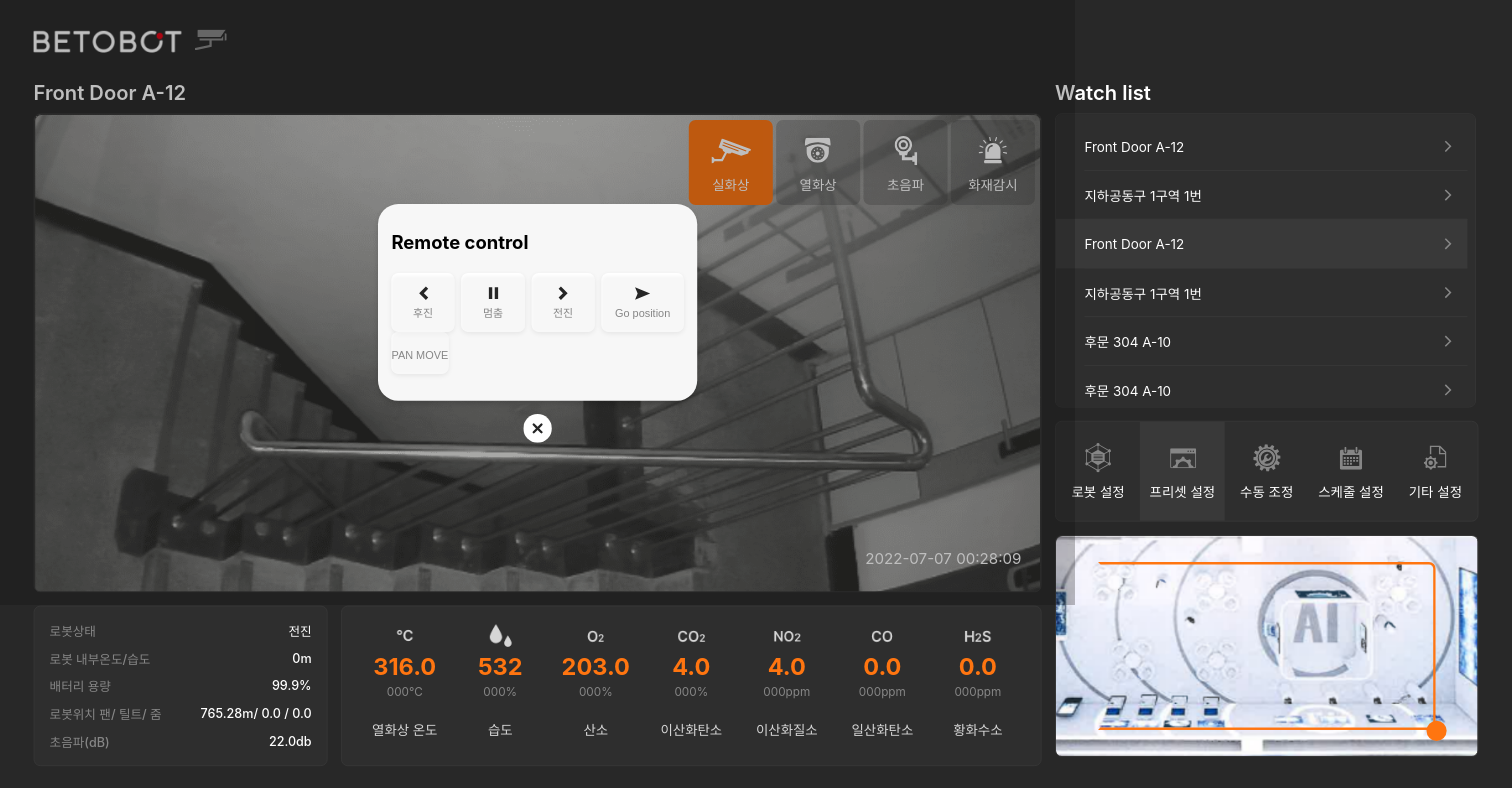
Repository: jang0ha/betobot
Page: content/main/main.html
An editor plug-in stored every save of this project. The page is shown before and after the next save, followed by the edit.
The browser window is 1280 px wide. The page is 1800 px wide, so the pictures cover 1800 px, including what lies to the right of the window. The pictures show the whole page, at 84% of full size.
Some web fonts or font styles are not loaded; a fallback is used. The style sheet was rebuilt from its Sass, Less or Tailwind sources for each picture, by a compiler version that may differ from the author's.

Above is the page before, as saved 2022-07-20 14:59:37.

### content/main/main.html
<!DOCTYPE html>
<html lang="en">

<head>
    <meta charset="UTF-8">
    <meta http-equiv="X-UA-Compatible" content="IE=edge">
    <!-- <meta name="viewport" content="width=device-width, initial-scale=1.0">
    <meta name="viewport" content="width=device-width, user-scalable=no, initial-scale=1.0"> -->
    <meta name="format-detection" content="telephone=no">
    <title>BETOBOT</title>

    <!-- 스타일 css -->
    <link rel="stylesheet" href="/resources/css/style.css">



    <!-- 제이쿼리 js -->
    <script src="/resources/js/jquery/jquery.min.js"></script>
    <script src="/resources/lib/jquery-ui/jquery-ui.min.js"></script>

    <!-- gsap -->
    <script src="/resources/lib/gsap/gsap.min.js"></script>
</head>
<body id="main">
    <div id="wrap">
        <!-- 헤더 -->
        <div id="header-block">
            <header>
                <div class="container">
                    <div class="header-wrap">
                        <a href="#none" class="logo-wrap">
                            <img src="../../resources/images/icon-logo.png" alt="BETOBOT 로고 이미지" class="logo">
                            <img src="../../resources/images/icon-camera.svg" alt="로고 카메라 이미지" class="logo-camera">
                        </a>
                    </div>
                </div>
            </header>
        </div>

        <!-- 컨텐츠 -->
        <div id="content-block">
            <main id="content" role="main">
                <div class="container">
                    <div class="row-wrap">
                        <!-- 왼쪽 시작-->
                        <div class="left-container">
                            <div class="title">Front Door A-12</div>
                            <div class="row-wrap">
                                <div class="front-list-wrap card" style="background-image:url('../../resources/images/@sample-front-img.png')">
                                    <div class="front-btn-wrap">
                                        <ul>
                                            <li>
                                                <a href="javascript:;"  class="active">
                                                    <i class="icon-front-camera"></i>
                                                    <p>실화상</p>
                                                </a>
                                            </li>
                                            <li>
                                                <a href="javascript:;" >
                                                    <i class="icon-front-temper"></i>
                                                    <p>열화상</p>
                                                </a>
                                            </li>
                                            <li>
                                                <a href="javascript:;">
                                                    <i class="icon-front-wave"></i>
                                                    <p>초음파</p>
                                                </a>
                                            </li>
                                            <li>
                                                <a href="javascript:;">
                                                    <i class="icon-front-fire"></i>
                                                    <p>화재감시</p>
                                                </a>
                                            </li>
                                        </ul>
                                    </div>

                                    <div class="front-date-wrap">
                                        2022-07-07 00:28:09
                                    </div>
                                </div>

                                <div class="row-wrap">
                                    <div class="robot-information-wrap card">
                                        <ul>
                                            <li>
                                                <span class="index">로봇상태</span>
                                                <span class="index-information">전진</span>
                                            </li>
                                            <li>
                                                <span class="index">로봇 내부온도/습도</span>
                                                <span class="index-information">0m</span>
                                            </li>
                                            <li>
                                                <span class="index">배터리 용량</span>
                                                <span class="index-information">99.9%</span>
                                            </li>
                                            <li>
                                                <span class="index">로봇위치 팬/ 틸트/ 줌</span>
                                                <span class="index-information">765.28m/ 0.0 / 0.0</span>
                                            </li>
                                            <li>
                                                <span class="index">초음파(dB)</span>
                                                <span class="index-information">22.0db</span>
                                            </li>
                                        </ul>
                                    </div>
                                    <div class="sensor-information-wrap card">
                                        <ul>
                                            <li>
                                                <i class="icon-info-temper"></i>
                                                <strong>316.0</strong>
                                                <small>000℃</small>
                                                <p class="name">열화상 온도</p>
                                            </li>
                                            <li>
                                                <i class="icon-info-humidity"></i>
                                                <strong>532</strong>
                                                <small>000%</small>
                                                <p class="name">습도</p>
                                            </li>
                                            <li>
                                                <i class="icon-info-o2"></i>
                                                <strong>203.0</strong>
                                                <small>000%</small>
                                                <p class="name">산소</p>
                                            </li>
                                            <li>
                                                <i class="icon-info-co2"></i>
                                                <strong>4.0</strong>
                                                <small>000%</small>
                                                <p class="name">이산화탄소</p>
                                            </li>
                                            <li>
                                                <i class="icon-info-no2"></i>
                                                <strong>4.0</strong>
                                                <small>000ppm</small>
                                                <p class="name">이산화질소</p>
                                            </li>
                                            <li>
                                                <i class="icon-info-co"></i>
                                                <strong>0.0</strong>
                                                <small>000ppm</small>
                                                <p class="name">일산화탄소</p>
                                            </li>
                                            <li>
                                                <i class="icon-info-h2s"></i>
                                                <strong>0.0</strong>
                                                <small>000ppm</small>
                                                <p class="name">황화수소</p>
                                            </li>
                                        </ul>
                                    </div>
                                </div>
                            </div>
                        </div>
                        <!-- 왼쪽 끝 -->

                        <!-- 오른쪽 시작  -->
                        <div class="right-container">
                            <div class="title">Watch list</div>
                            <div class="row-wrap">
                                <div class="watch-list-wrap card">
                                    <ul>
                                        <li><a href="javascript:;" ><div><span>Front Door A-12</span><i class="icon-arrow-right"></i></div></a></li>
                                        <li><a href="javascript:;" ><div><span>지하공동구 1구역 1번</span><i class="icon-arrow-right"></i></div></a></li>
                                        <li><a href="javascript:;" class="active"><div><span>Front Door A-12</span><i class="icon-arrow-right"></i></div></a></li>
                                        <li><a href="javascript:;" ><div><span>지하공동구 1구역 1번</span><i class="icon-arrow-right"></i></div></a></li>
                                        <li><a href="javascript:;" ><div><span>후문 304 A-10</span><i class="icon-arrow-right"></i></div></a></li>
                                        <li><a href="javascript:;" ><div><span>후문 304 A-10</span><i class="icon-arrow-right"></i></div></a></li>
                                    </ul>
                                </div>
                                <div class="watch-list-btn-wrap card">
                                    <ul>
                                        <li>
                                            <a href="javascript:;" >
                                                <i class="icon-menu-robot"></i>
                                                <p>로봇 설정</p>
                                            </a>
                                        </li>
                                        <li>
                                            <a href="javascript:;" class="active">
                                                <i class="icon-menu-preset"></i>
                                                <p>프리셋 설정</p>
                                            </a>
                                        </li>
                                        <li>
                                            <a href="javascript:;" >
                                                <i class="icon-menu-handwork"></i>
                                                <p>수동 조정</p>
                                            </a>
                                        </li>
                                        <li>
                                            <a href="javascript:;" >
                                                <i class="icon-menu-schedule"></i>
                                                <p>스케줄 설정</p>
                                            </a>
                                        </li>
                                        <li>
                                            <a href="javascript:;" >
                                                <i class="icon-menu-etc"></i>
                                                <p>기타 설정</p>
                                            </a>
                                        </li>
                                    </ul>
                                </div>
                                <div class="watch-map card" style="background-image: url('../../resources/images/@floor-plan.png');">
                                    <div class="line">
                                        <div class="robot"></div>
                                    </div>
                                </div>
                                <!-- <div class="m-5">
                                    <div class="mb-3 p-2 border d-inline"><button type="button" id="play"> 재생 </button></div>
                                    <div class="mb-3 p-2 border d-inline"><button type="button" id="pause"> 정지 </button></div>
                                    <input type="text" value="" placeholder="left(%)" id="leftVal">
                                    <input type="text" value="" placeholder="top(%)" id="topVal">
                                    <button type="button" onclick="moveRobot()"> 이동 </button>
                                </div>
                             -->
                            </div>
                        </div>
                        <!-- 오른쪽 끝 -->
                    </div>
                </div>
            </main>
        </div>
    </div>


    <!-- 팝업  수동 조절 시작 -->
    <div class="popup show">
        <div class="popup-content">
            <div class="popup-header">Remote control</div>
            <div class="popup-body">
                <div class="remote-direction-wrap">
                    <button type="button" class="remote-btn">
                            <i class="icon-remote-backup"></i>
                            <p>후진</p>
                    </button>
                    <button type="button" class="remote-btn">
                        <i class="icon-remote-pause"></i>
                        <p>멈춤</p>
                    </button>
                    <button type="button" class="remote-btn">
                        <i class="icon-remote-forward"></i>
                        <p>전진</p>
                    </button>
                    <button type="button" class="remote-btn position">
                        <i class="icon-remote-go-position"></i>
                        <p>Go position</p>
                    </button>
                </div>

                <div class="remote-ptz-wrap">
                    <button type="button" class="remote-btn position">
                        <p>PAN MOVE</p>
                    </button>
                </div>
            </div>
            <div class="close-btn">
                <i class="icon-popup-close"></i>
            </div>
        </div>

    </div>
    <!-- 팝업  수동 조절 끝 -->

    <script>
     $(document).ready(function () {
             // 자동으로 돔
             var tl_1 = new TimelineLite({
                repeat: -1,
            })
            tl_1.to('.robot', 3, {
                ease: Power0.easeNone,
                left: 98 + '%'
            })
            tl_1.to('.robot', 2, {
                ease: Power0.easeNone,
                top: 96 + '%'
            })
            tl_1.to('.robot', 3, {
                ease: Power0.easeNone,
                left: -2.3 + '%'
            })
            tl_1.to('.robot', 3, {
                ease: Power0.easeNone,
                left: 98 + '%'
            })
            tl_1.to('.robot', 2, {
                ease: Power0.easeNone,
                top: -5 + '%'
            })
            tl_1.to('.robot', 3, {
                ease: Power0.easeNone,
                left: -2.3 + '%'
            })
            // 재생
            var animationPlay = $('#play');
            animationPlay.on('click', function () {
                tl_1.play();
            })
            // 정지
            var animationPause = $('#pause');
            animationPause.on('click', function () {
                tl_1.pause();
            })


        })

        // 버튼 효과
        $(".watch-list-wrap li a").on("click", function(){
            $(".watch-list-wrap li a").removeClass("active");
            $(this).addClass("active");
        });

        $(".watch-list-btn-wrap li a").on("click", function(){
            $(".watch-list-btn-wrap li a").removeClass("active");
            $(this).addClass("active");
        });

        $(".front-btn-wrap li a").on("click", function(){
            $(".front-btn-wrap li a").removeClass("active");
            $(this).addClass("active");
        });
    </script>
</body>

</html>

Loaded but not shown: resources/js/jquery/jquery.min.js (library); resources/lib/jquery-ui/jquery-ui.min.js (library); resources/lib/gsap/gsap.min.js (library); resources/scss/style.scss (409 lines, source omitted)

After the next save:
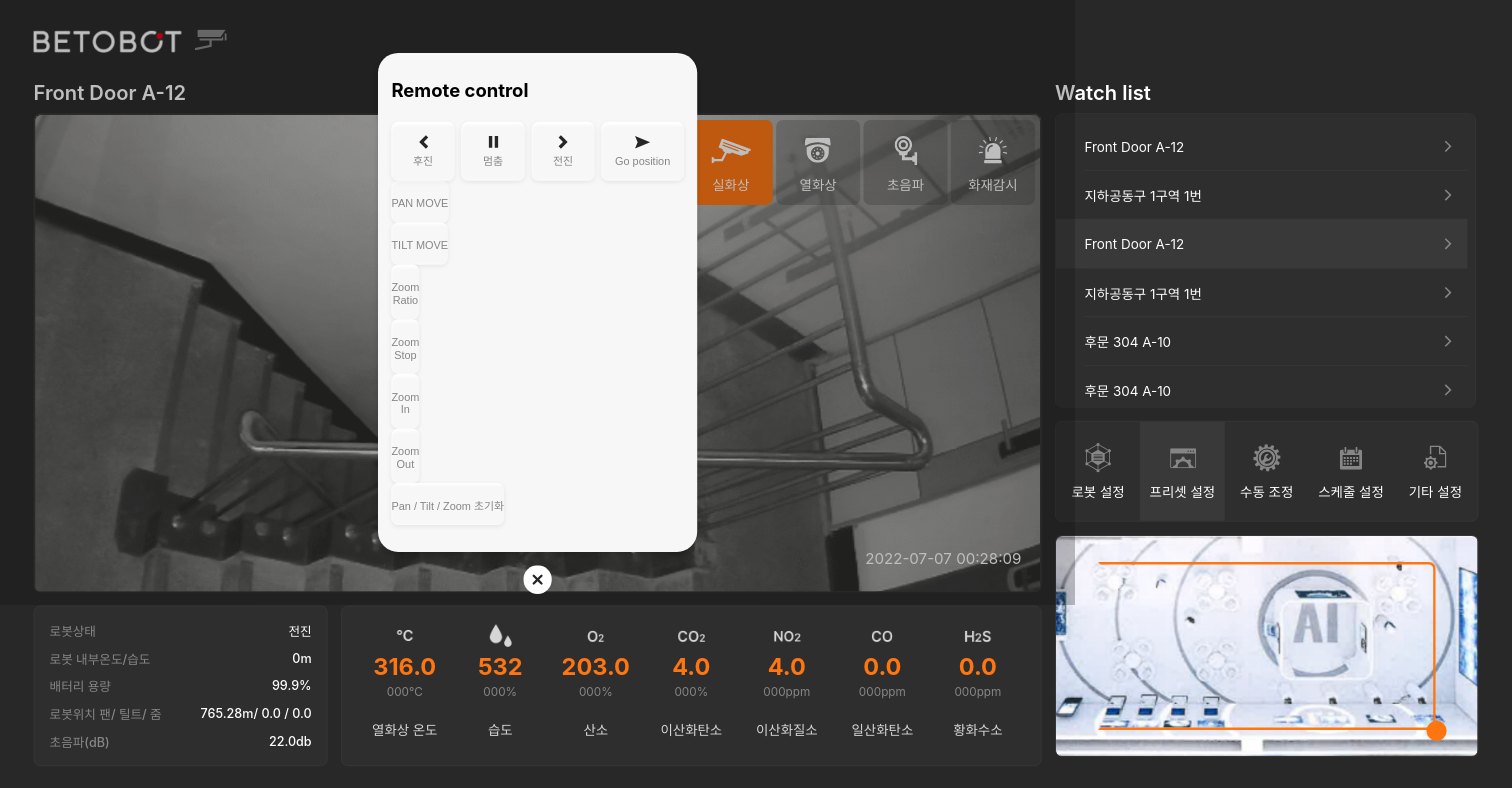
Saved 63 s later.
--- a/content/main/main.html
+++ b/content/main/main.html
@@ -253,8 +253,26 @@
                 </div>
 
                 <div class="remote-ptz-wrap">
-                    <button type="button" class="remote-btn position">
+                    <button type="button" class="remote-btn">
                         <p>PAN MOVE</p>
+                    </button>
+                    <button type="button" class="remote-btn">
+                        <p>TILT MOVE</p>
+                    </button>
+                    <button type="button" class="remote-btn">
+                        <p>Zoom<br>Ratio</p>
+                    </button>
+                    <button type="button" class="remote-btn">
+                        <p>Zoom<br>Stop</p>
+                    </button>
+                    <button type="button" class="remote-btn">
+                        <p>Zoom<br>In</p>
+                    </button>
+                    <button type="button" class="remote-btn">
+                        <p>Zoom<br>Out</p>
+                    </button>
+                    <button type="button" class="remote-btn reset">
+                        <p>Pan / Tilt / Zoom 초기화</p>
                     </button>
                 </div>
             </div>
